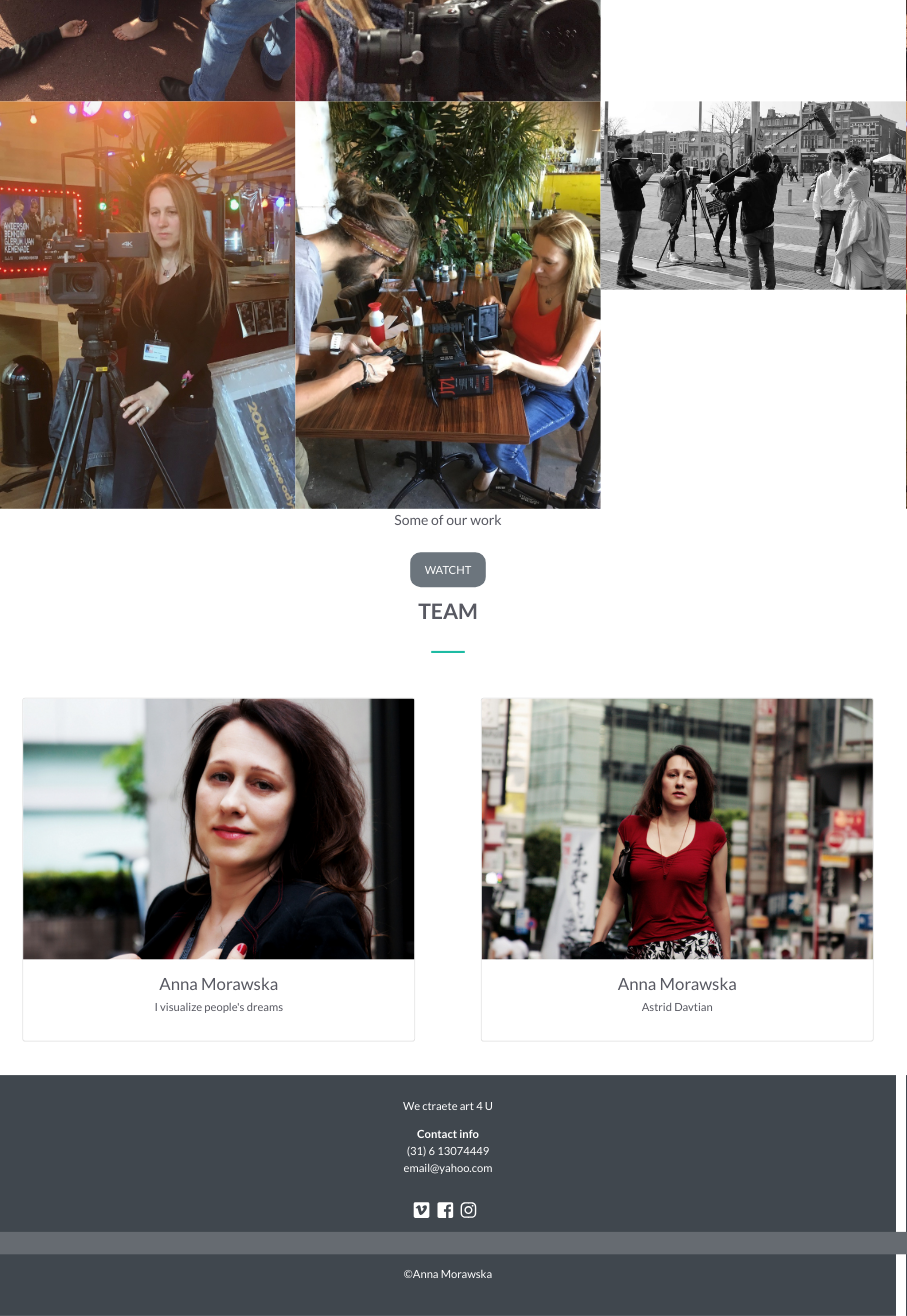
Repository: amorawskanew/My-first-website1
Page: index.html
The author's editor kept a record of every edit. The page is drawn from the files as they stood at one moment, then again after the next edit.
The browser window is 1280 px wide. The page is 1295 px wide, so the pictures cover 1295 px, including what lies to the right of the window. The pictures show the part of the page from y = 1347 to 3227 px (the page is 3227 px tall before and 3206 px after), at 70% of full size.
Some web libraries are served in a nearby version.

Above is the page before.

### index.html
<!DOCTYPE html>
<html lang="en">

<head>
  <meta charset="UTF-8">
  <meta name="viewport" content="width=device-width, initial-scale=1.0">
  <meta http-equiv="X-UA-Compatible" content="ie=edge">
  <link rel="stylesheet" href="https://maxcdn.bootstrapcdn.com/bootstrap/4.2.1/css/bootstrap.min.css" type="text/css" />
  <link rel="stylesheet" href="https://maxcdn.bootstrapcdn.com/font-awesome/4.7.0/css/font-awesome.min.css" type="text/css" />

  <link rel="stylesheet" href="style.css">
  <link rel="stylesheet" href="css/fixed.css">
</head>

<body data-spy="scroll" data-target="#navbarResponsive">

  <!--start home section-->

  <div id="home">

    <!--Navigation-->

    <nav class="navbar navbar-expand-md navbar-dark bg-dark fixed-top">

      <p>A&A</p>
      <button class="navbar-toggler" type="button" data-toggle="collapse" data-target="#navbarResponsive">
     <span class="navbar-toggler-icon"></span>
 </button>̆

      <div class="collapse navbar-collapse" id="navbarResponsive">
        <ul class="navbar-nav ml-auto">
          <li class="nav-item">
            <a class="nav-link" href="#home">Home</a>
          </li>
          <li class="nav-item">
            <a class="nav-link" href="#portfolio">Portfolio</a>
          </li>
          <li class="nav-item">
            <a class="nav-link" href="#team">Team</a>
          </li>
          <li class="nav-item">
            <a class="nav-link" href="#contact">Contact</a>
          </li>
        </ul>
      </div>
    </nav>




    <!--start image slider-->
    <div id="carouselExampleIndicators" class="carousel slide" data-ride="carousel" data-interval="7000">
      <ol class="carousel-indicators">
        <li data-target="#carouselExampleIndicators" data-slide-to="0" class="active"></li>
        <li data-target="#carouselExampleIndicators" data-slide-to="1"></li>
        <li data-target="#carouselExampleIndicators" data-slide-to="2"></li>
      </ol>
      <div class="carousel-inner" role="listbox">
        <!--slide 1-->
        <div class="carousel-item active" style="background-image: url(img/Frame_1.jpg);">
          <div class="carousel-caption text-center">
            <h1></h1>
            <a class="button btn-outline-light btn-lg" href="#portfolio"> See more</a>
          </div>
        </div>

        <!--slide 2-->
        <div class="carousel-item" style="background-image: url(img/FRAME_4.jpg);"></div>

        <!--slide 3-->
        <div class="carousel-item" style="background-image: url(img/FRAMe_3.jpg);"></div>
      </div>

      <!--end carousel-inner-->

      <!--prev&next buttons-->

      <a class="carousel-control-prev" href="#carouselExampleIndicators" role="button" data-slide="prev">
    <span class="carousel-control-prev-icon" aria-hidden="true"></span>
    <span class="sr-only">Previous</span>
  </a>
      <a class="carousel-control-next" href="#carouselExampleIndicators" role="button" data-slide="next">
    <span class="carousel-control-next-icon" aria-hidden="true"></span>
    <span class="sr-only">Next</span>
  </a>
    </div>

    <!--end of image slider-->


  </div>


  <!--end home section-->


  <!--start PORTFOLIO SECTION-->

  <div id="portfolio" class="offset">

  <div class="jumbotron container-fluid">
    <h3 class= "heading">Portfolio</h3>
    <div class= "heading-underline"></div>
  </div>


  <div class="row no-padding">

    <div class="col-sm-4">
      <div class="portfolio>">
        <a href="img/IMG_4225.jpeg" target="_blank">
          <img src="img/IMG_4225.jpeg">
          </a>
      </div>
    </div>



    <div class="col-sm-4">
      <div class="portfolio>">
        <a href="img/IMG_2817.jpeg" target="_blank">
          <img src="IMG_2817.jpeg">
          </a>
      </div>
    </div>


    <div class="col-sm-4">
      <div class="portfolio>">
        <a href="img/IMG_3219.jpeg" target="_blank">
          <img src="img/IMG_3219.jpeg">
          </a>
      </div>
    </div>


    <div class="col-sm-4">
      <div class="portfolio>">
        <a href="img/IMG_3897.jpeg" target="_blank">
          <img src="img/IMG_3897.jpeg">
          </a>
      </div>
    </div>



    <div class="col-sm-4">
      <div class="portfolio>">
        <a href="img/IMG_4222.jpeg" target="_blank">
          <img src="img/IMG_4222.jpeg">
          </a>
      </div>
    </div>


    <div class="col-sm-4">
      <div class="portfolio>">
          <a href="img/PjDexEpZSQCEN6ft97mkTA_thumb_f36.jpg" target="_blank">
          <img src="img/PjDexEpZSQCEN6ft97mkTA_thumb_f36.jpg">
          </a>
        </div>
      </div>

      </div>

      <div class="narrow text-center">
        <div class="col-12">
          <p class="lead"> Some of our work</p>
          <a class="btn btn-secondary btn-md" href="https://vimeo.com/335774954" target="_blank">WATCHT</a>

        </div>

      </div>


    </div>

    <!--end row->



    </div><!--end jumbotron-->



    <!--end portfolio section-->

    <!--start team section-->
<div class=wrapper>
    <div id="team" class="offset">
      <div class="col-12 text-center">
        <h3 class="heading">Team</h3>
        <div class="heading-underline"></div>
      </div>
      <div class="row padding">
        <div class="col-md-6">
          <div class="card text-center">
            <img class="card-img-top" src="img/030.JPG">
            <div class="card-body">
              <h4>Anna Morawska</h4>
              <p>I visualize people's dreams</p>
            </div>
          </div>
        </div>

        <div class="col-md-6">
          <div class="card text-center">
            <img class="card-img-top" src="img/054.JPG ">
            <div class="card-body">
              <h4>Anna Morawska</h4>
              <p>Astrid Davtian</p>
            </div>
          </div>
        </div>

      </div>
      <!--end of row-->
</div>
    </div>

    <!--end team section-->

    <!--start contact section-->
 <footer>

    <div id="contact" class="offset"></div>
      <div class="row justify-content-center">
        <div class="col-md-5">
           <p> We ctraete art 4 U </p>
          <strong>Contact info</strong>
          <p>(31) 6 13074449<br>email@yahoo.com</p>
          <a href="https://vimeo.com/manage/videos" target="_blank"><i class="fab fa-vimeo" aria-hidden="true"></i></a>
          <a href="https://www.facebook.com/anna.morawska" target="_blank"><i class="fab fa-facebook-square"></i></a>
          <a href="https://www.instagram.com/morawska690/" target="_blank"><i class="fab fa-instagram"></i></a>
        </div>
        <hr class="socket"> &copy;Anna Morawska


      <!--end of row-->
    </footer>

    <!--end-->


    <script src=" https://use.fontawesome.com/releases/v5.6.1/js/all.js"></script>
    <script src="https://code.jquery.com/jquery-3.4.1.slim.min.js"></script>
    <script src="https://cdnjs.cloudflare.com/ajax/libs/popper.js/1.15.0/umd/popper.min.js"></script>
    <script src="https://stackpath.bootstrapcdn.com/bootstrap/4.3.1/js/bootstrap.min.js"></script>

</body>

</html>

### style.css
@import url('https://fonts.googleapis.com/css?family=Lato:400,700');
body {

    overflow-x: hidden;
    font-family: 'Lato', sans-serif;
    color: #585962;
}

.offset:before {
    height: 3.8rem;
    margin-top: -3.8rem;
    content: "";
    display: block;

}

/*Navbar style*/

.navbar {
    text-transform: uppercase;
    font-weight: 700;
    font-size: .9rem;
    background: rgba(0, 0, 0, .6);
    color:white;
}

.navbar-nav li {
    padding-right: .7rem;

}

.navbar-dark .navbar-nav .nav-link {

    color: white;
    padding-top: .8rem;
}

.navbar-dark .navbar-nav .nav-link .active,
.navbar-dark .navbar-nav .nav-link:hover {
    color: #9966ff;
}

/*--slider--*/

.carousel-item {
    height: 100vh;

    background-size: cover;
    background-repeat: no-repeat;

}

/*---remove it---*/


/*---up to here--*/

.btn-lg {
    border-width: medium;
    border-radius: 10px;
    font-size: 1rem;
}


/*-----*/



.btn-md {
    border-width: medium;
    border-radius: 15px;
    padding: .6rem 1.1rem;
    text-transform: uppercase;
    margin: 1rem;
}

/* text above portfolio--*/

.jumbotron {
    border-radius: 0;
    padding: 3rem 0 2rem;
    margin-bottom:0;

}

 .heading  {
    font-size: 1.9rem;
    font-weight: 700;
    text-transform: uppercase;
    padding-bottom: 1.9rem;
    text-align: center;
}


.heading-underline {
    width: 3rem;
    height: .2rem;
    background-color: #1ebba3;
    margin: 0 auto 2rem;
}
/*--portfolio---*/


  .col-sm-4 img {

    transition:transform .5s ease;
    background-size: cover;
   max-width:100%;
    padding:0;
    margin:0;

}

.no-padding .col-sm-4
   {
        padding:0;
    }

.col-sm-4 img:hover {
      transform: scale(1.1);
      cursor: zoom-in;
  }
  .portfolio {
      overflow:hidden;


  }
      /*team----*/
      .card {
          margin: 2rem;

      }

      /*---contact--*/

    footer {
    text-align:center;
    background-color:#40474e;
    color:white;
    padding: 2rem 0 3rem;
    margin-top: 1rem;
    width:100%;
    }

    footer a {
        color:white;
    }

    footer svg.svg-inline--fa {
        font-size:1.6rem;
        margin: 1.2rem .5rem 0 0;
    }

    footer svg.svg-inline--fa:hover {
        color:#9966ff;
    }

    hr.socket{
        border-top: 2rem solid #666b71;
        width:100%;
    }

     /*--media queries--*/

   @media (max-width:767px) {
   .btn-lg {
       font-size: 1.1rem;
   }

}

Loaded but not shown: css/fixed.css (no stored copy; drawn as an empty file)

After the next edit:
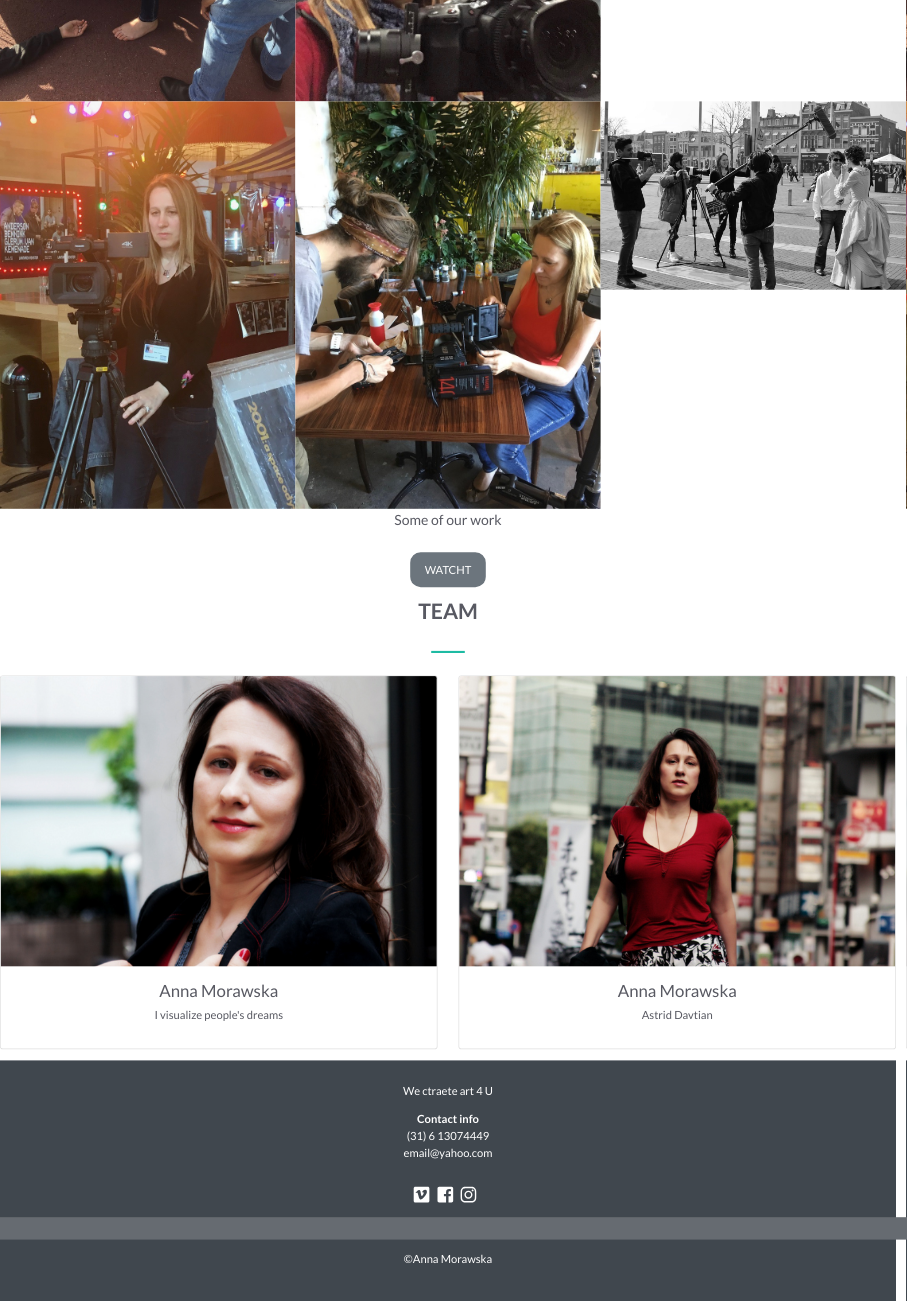
The edit:
--- a/style.css
+++ b/style.css
@@ -123,8 +123,12 @@
   .portfolio {
       overflow:hidden;
 
+  }
+   /*---text --some of ower work --*/
 
-  }
+  .col-12
+
+
       /*team----*/
       .card {
           margin: 2rem;
